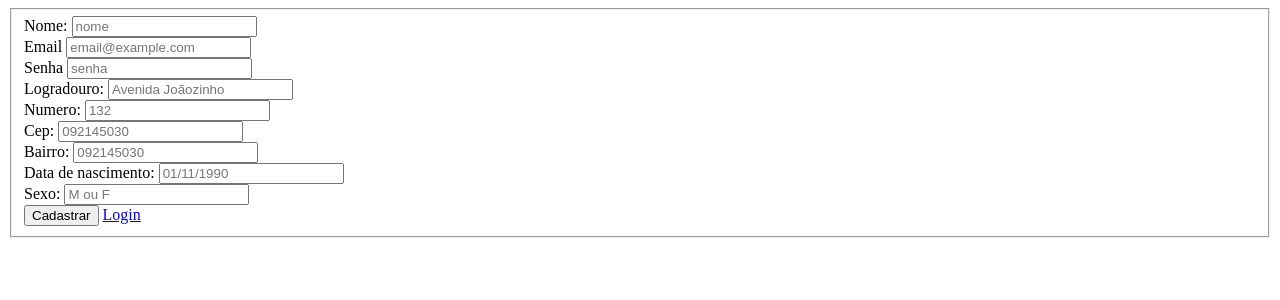
Repository: moises2112/Projetos
Page: http://localhost/Dog/cadastrar.jsp
These files come from the project's save history. The page is drawn as it stood at one moment and after the next save; the edit follows.
The browser window is 1280 px wide. The pictures show the whole page.
The page is served by Tomcat 9. Other server files are loaded and not shown.

Above is the page before, as saved 2017-06-10 17:51:09.

### Dog/WebContent/cadastrar.jsp

<%@ page language="java" contentType="text/html; charset=ISO-8859-1"
	pageEncoding="ISO-8859-1"%>
<%@ taglib uri="http://java.sun.com/jsp/jstl/core" prefix="c"%>
<!DOCTYPE HTML>
<html>
<head>
<meta http-equiv="Content-Type" content="text/html; charset=ISO-8859-1">

<title>Faça parte do Tindog</title>
</head>
<body>

	<form action="UsuarioController.do?action=inserir" method="post">
		<fieldset>

			<div>
				<label for="nome">Nome:</label> <input type="text" name="nome"
					placeholder="nome" />
			</div>
			<div>
				<label for="email">Email</label> <input type="text" name="email"
					placeholder="email@example.com" />
			</div>
			<div>
				<label for="senha">Senha</label> <input type="password" name="senha"
					placeholder="senha" />
			</div>
			<div>
				<label for="logradouro">Logradouro:</label> <input type="text"
					name="logradouro" placeholder="Avenida Joãozinho" />
			</div>
			<div>
				<label for="numero">Numero:</label> <input type="text" name="numero"
					placeholder="132" />
			</div>
			<div>
				<label for="cep">Cep:</label> <input type="text" name="cep"
					placeholder="092145030" />
			</div>
			<div>
				<label for="bairro">Bairro:</label> <input type="text" name="bairro"
					placeholder="092145030" />
			</div>
			<div>
				<label for="dataNascimento">Data de nascimento:</label> <input
					type="text" name="dataNascimento" placeholder="01/11/1990" />
			</div>
			<div>
				<label for="sexo">Sexo:</label> <input type="text" name="sexo"
					placeholder="M ou F" />
			</div>

			<div>
				<input type="submit" value="Cadastrar" /> <a href="./login.jsp">Login</a>
			</div>
		</fieldset>
	</form>
	<label><c:out value="${erroAoLogar}" /></label>


</body>
</html>

After the next save:
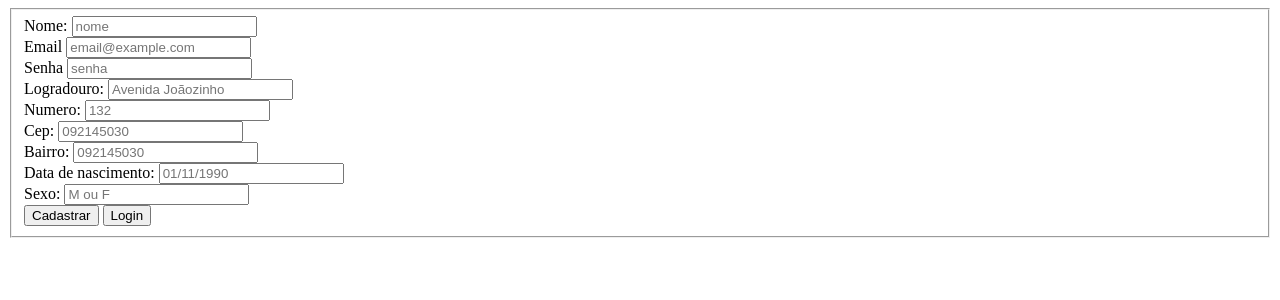
Saved 2 min 41 s later.
--- a/Dog/WebContent/cadastrar.jsp
+++ b/Dog/WebContent/cadastrar.jsp
@@ -52,7 +52,8 @@
 			</div>
 
 			<div>
-				<input type="submit" value="Cadastrar" /> <a href="./login.jsp">Login</a>
+				<input type="submit" value="Cadastrar" /> <input type="button"
+					value="Login" onClick="window.location.href='./login.jsp'" />
 			</div>
 		</fieldset>
 	</form>
